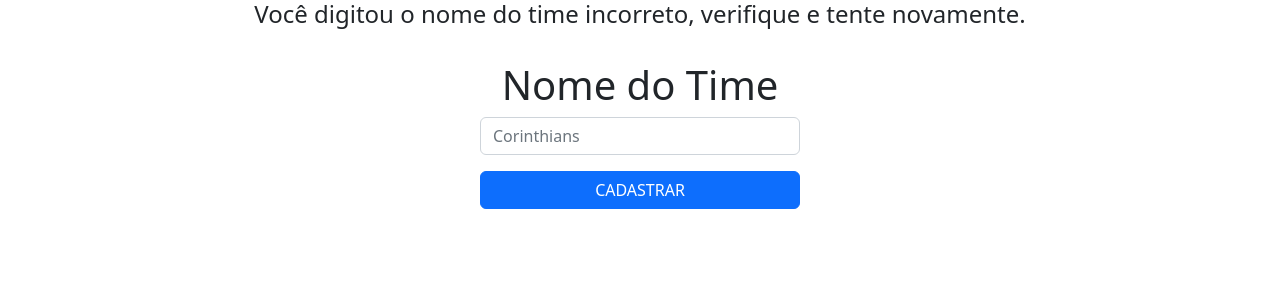
Repository: ricardodamaceno/Coeficiente-de-Variacao-de-Gols
Page: http://localhost/add-erro
These files come from the project's save history. The page is drawn as it stood at one moment and after the next save; the edit follows.
The browser window is 1280 px wide. The pictures show the whole page.
The page is this project's Thymeleaf template; nobody is signed in. The template is opened directly, without the code that normally fills it, so the values that code supplies are empty.

Above is the page before, as saved 2022-09-14 14:27:41.

### aposta-tozo/src/main/resources/templates/add-erro.html
<!DOCTYPE html>
<html xmlns:th="http://www.thymeleaf.org">
<head>
<meta name="viewport"
	content="width = device-width, initial-scale = 1, shrink-to-fit = no">
<!-- CSS only -->
<link
	href="https://cdn.jsdelivr.net/npm/bootstrap@5.2.1/dist/css/bootstrap.min.css"
	rel="stylesheet"
	integrity="sha384-iYQeCzEYFbKjA/T2uDLTpkwGzCiq6soy8tYaI1GyVh/UjpbCx/TYkiZhlZB6+fzT"
	crossorigin="anonymous">
<title>Apostas Esportivas</title>
</head>

<body>
<h4 class="mb-3 text-center">Você digitou o nome do time incorreto, verifique e tente novamente.</h4>
<div class="col-md-3 rounded mx-auto d-block">
	<form method="post" action="/add">
		<div class="mb-3 text-center">
			<label for="exampleInputEmail1" class="form-label mt-3 h1">Nome do Time</label>
			<input type="text" placeholder="Corinthians" class="form-control" name="nomeTime">
		</div>
		<button type="submit" class="btn btn-primary rounded mx-auto d-block col-md-12">CADASTRAR</button>
	</form>
</div>
</body>
</html>

After the next save:
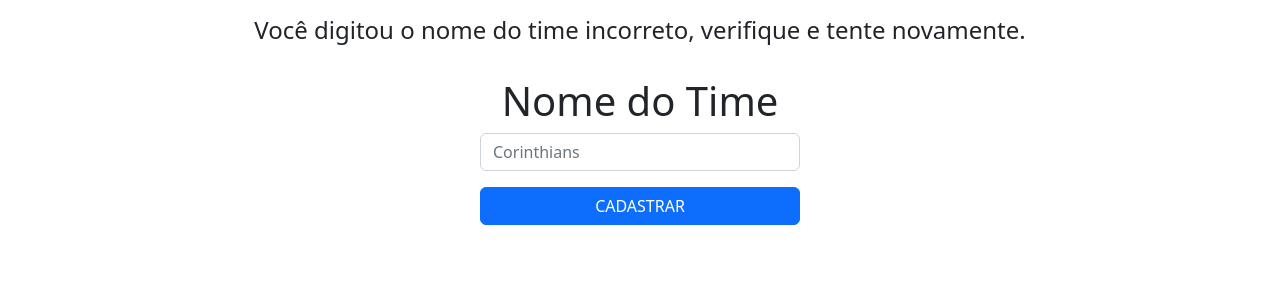
Saved 22 s later.
--- a/aposta-tozo/src/main/resources/templates/add-erro.html
+++ b/aposta-tozo/src/main/resources/templates/add-erro.html
@@ -13,7 +13,7 @@
 </head>
 
 <body>
-<h4 class="mb-3 text-center">Você digitou o nome do time incorreto, verifique e tente novamente.</h4>
+<h4 class="mb-3 mt-3 text-center">Você digitou o nome do time incorreto, verifique e tente novamente.</h4>
 <div class="col-md-3 rounded mx-auto d-block">
 	<form method="post" action="/add">
 		<div class="mb-3 text-center">
